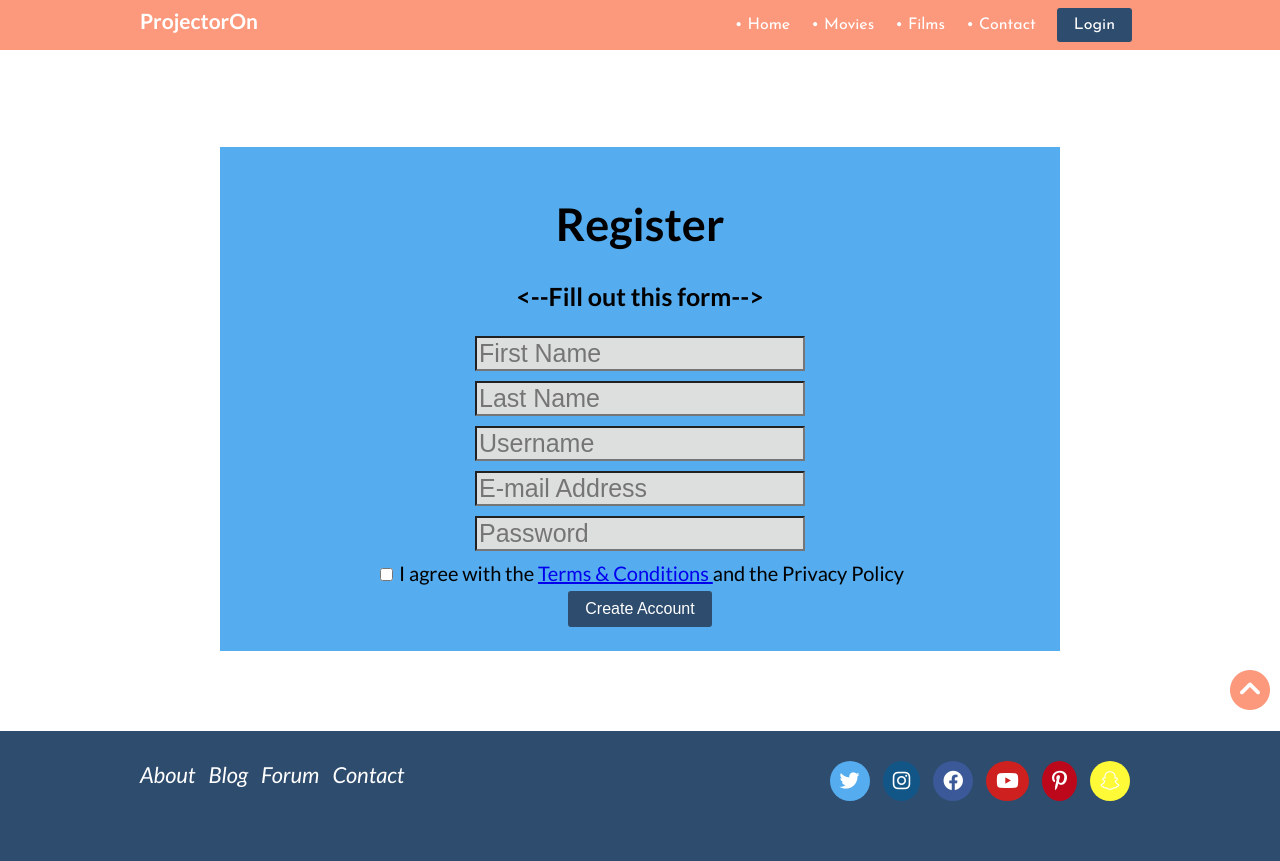
Repository: albayrakfatih/ProjectorOn_WebMovieApp
Page: register.html
These files come from the project's save history. The page is drawn as it stood at one moment and after the next save; the edit follows.
The browser window is 1280 px wide. The pictures show the whole page.
Some web libraries are served in a nearby version.

Above is the page before, as saved 2023-04-30 02:07:14.

After the next save:
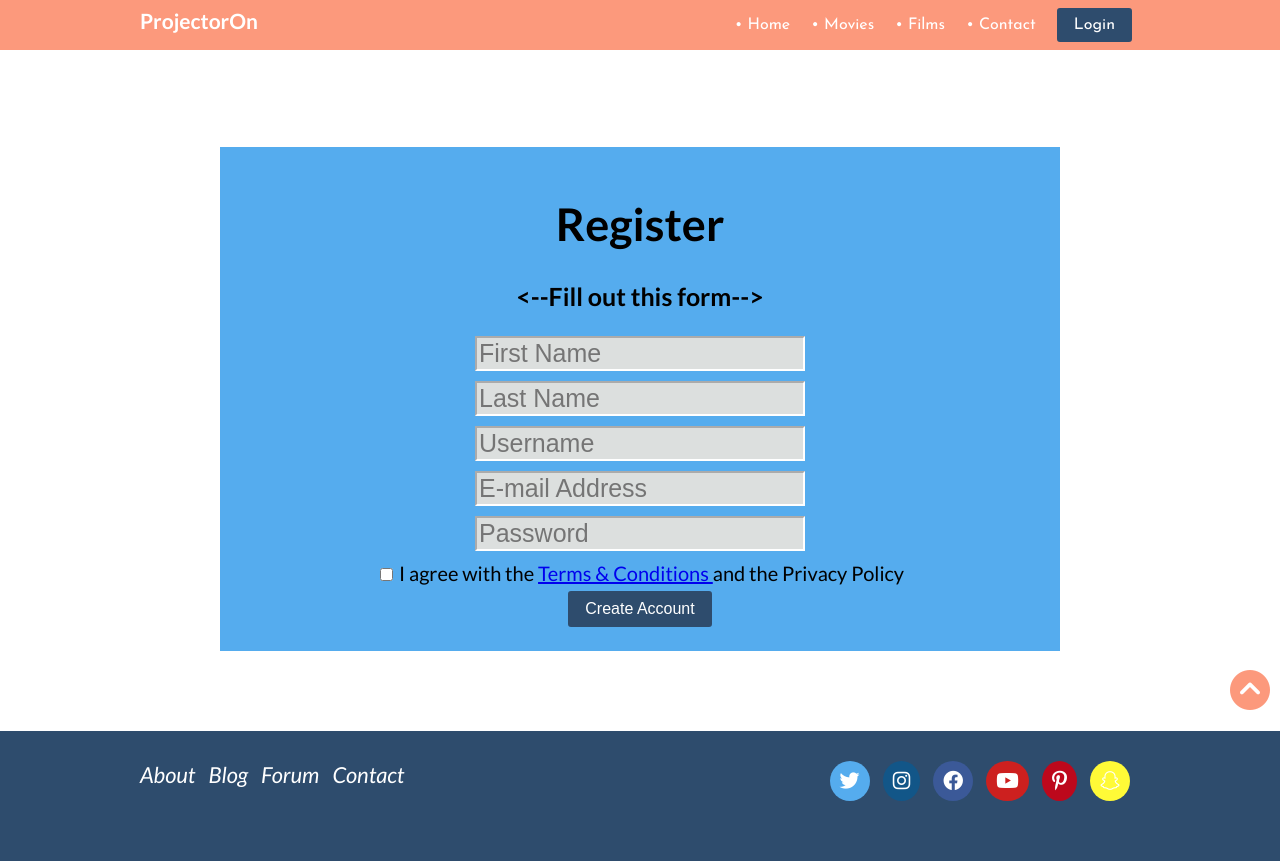
Saved 6 s later.
--- a/css/styles.css
+++ b/css/styles.css
@@ -404,7 +404,7 @@
     font-size: 25px;
     margin-bottom: 10px;
     background-color: #dcdfde;
-    border-color: ;
+    border-color: #fff;
 }
 .signup-form label {
     font-size: 20px;

After the 2 saves that followed:
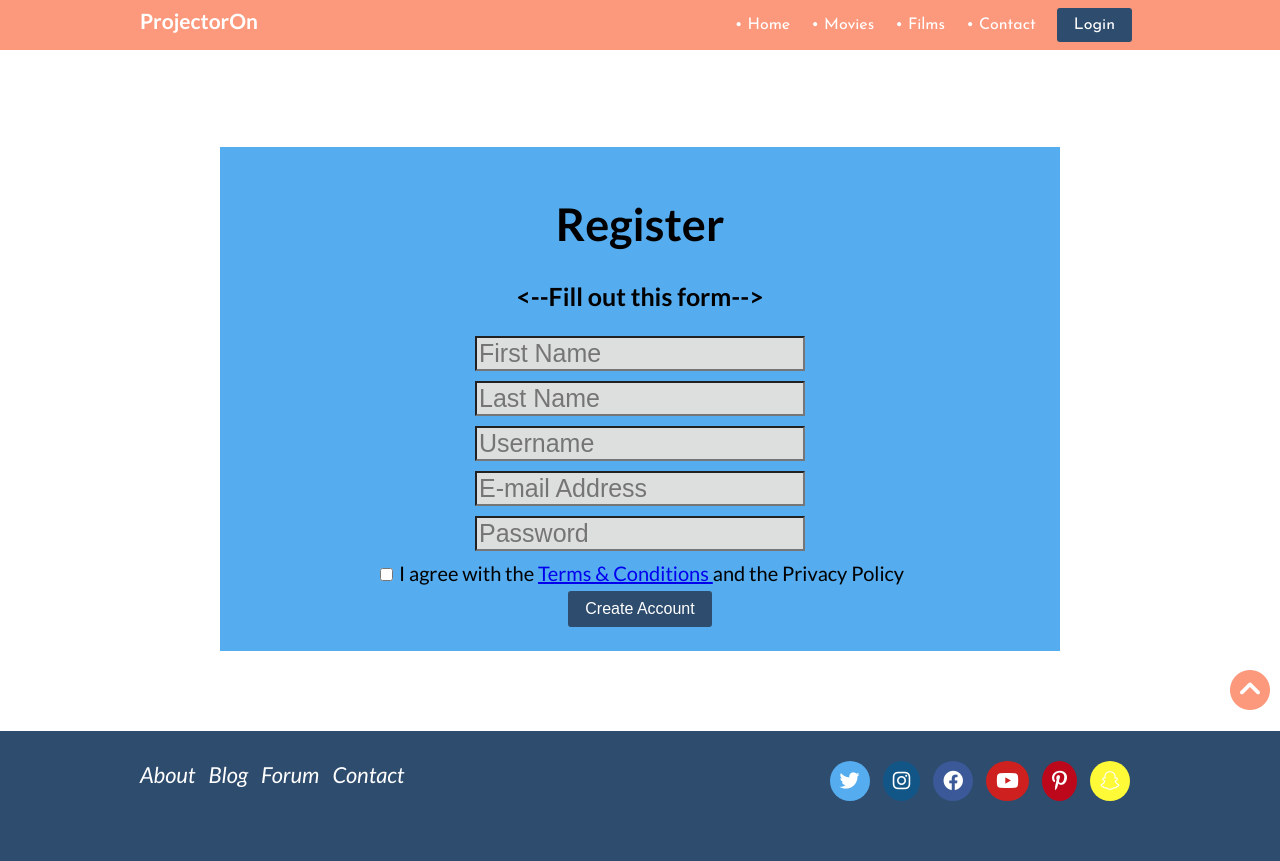
The 2 saves are shown as one change because they came seconds apart.
The last was saved 21 s later.
--- a/css/styles.css
+++ b/css/styles.css
@@ -404,7 +404,7 @@
     font-size: 25px;
     margin-bottom: 10px;
     background-color: #dcdfde;
-    border-color: #fff;
+    border:
 }
 .signup-form label {
     font-size: 20px;
